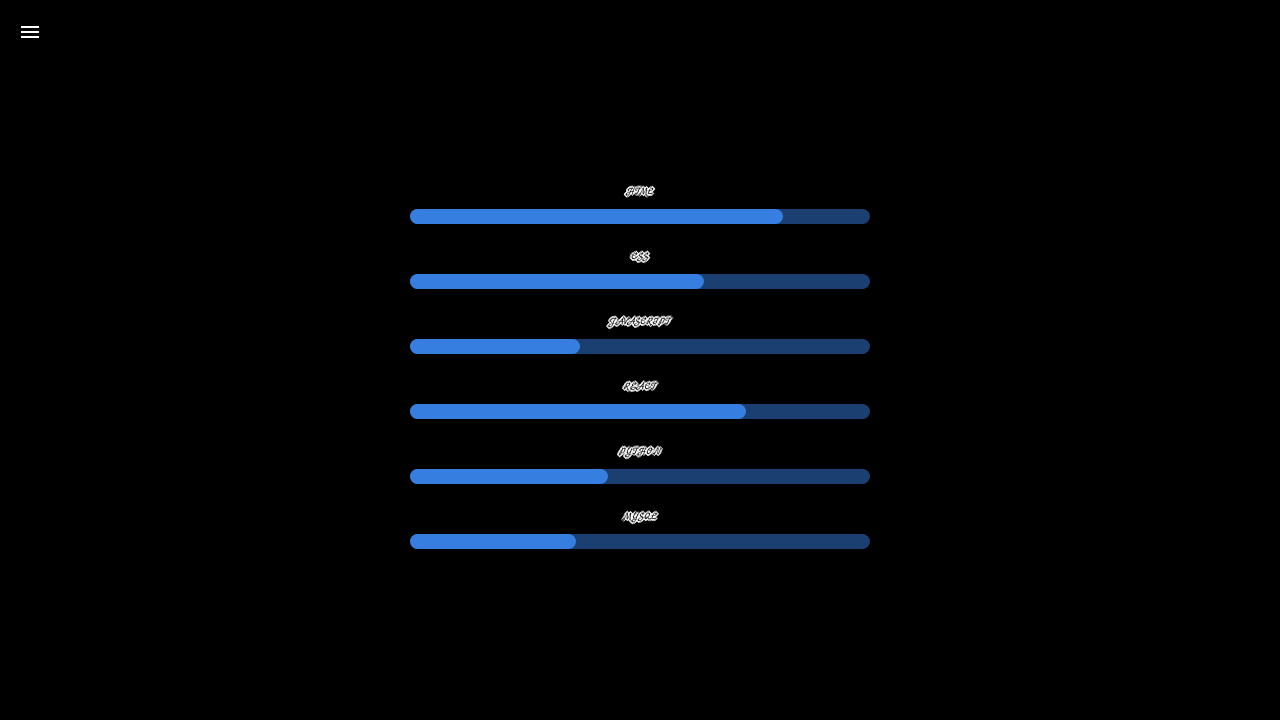
Repository: Ajtheult/portfolio.v3
Page: /skills
These files come from the project's save history. The page is drawn as it stood at one moment and after the next save; the edit follows.
The browser window is 1280 px wide. The pictures show the whole page.
Some web fonts or font styles are not loaded; a fallback is used. The project was rebuilt for these pictures with package versions that can differ from the ones it lists, and the page was loaded fresh each time. Also part of the build but not shown: src/components/layout/pages/Home.js, src/components/layout/pages/MyWork.js, src/components/layout/pages/Testimonials.js.

Above is the page before, as saved 2020-07-19 17:41:31.

### public/index.html
<!DOCTYPE html>
<html lang="en">
  <head>
    <meta charset="utf-8" />
    <link rel="icon" href="%PUBLIC_URL%/favicon.ico" />
    <meta name="viewport" content="width=device-width, initial-scale=1" />
    <meta name="theme-color" content="#000000" />
    <meta
      name="description"
      content="Web site created using create-react-app"
    />

    <link rel="manifest" href="%PUBLIC_URL%/manifest.json" />
    <link
      href="https://fonts.googleapis.com/css2?family=Marck+Script&display=swap"
      rel="stylesheet"
    />
    <link
      href="https://fonts.googleapis.com/css2?family=Gruppo&display=swap"
      rel="stylesheet"
    />
    <link rel="manifest" href="%PUBLIC_URL%/manifest.json" />

    <link
      rel="stylesheet"
      href="https://fonts.googleapis.com/icon?family=Material+Icons"
    />

    <link
      rel="stylesheet"
      href="https://use.fontawesome.com/releases/v5.7.2/css/all.css"
      integrity="sha384-fnmOCqbTlWIlj8LyTjo7mOUStjsKC4pOpQbqyi7RrhN7udi9RwhKkMHpvLbHG9Sr"
      crossorigin="anonymous"
    />
    <title>Portfolio.v3</title>
  </head>
  <body>
    <noscript>You need to enable JavaScript to run this app.</noscript>
    <div id="root"></div>
  </body>
</html>

### src/index.js
import React from "react";
import ReactDOM from "react-dom";
import App from "./App";
import "materialize-css/dist/css/materialize.min.css";

ReactDOM.render(
  <React.StrictMode>
    <App />
  </React.StrictMode>,
  document.getElementById("root")
);

### src/App.js
import React from "react";

import { Home } from "./components/layout/pages/Home";
import { Skills } from "./components/layout/pages/Skills";
import { MyWork } from "./components/layout/pages/MyWork";
import { Testimonials } from "./components/layout/pages/Testimonials";
import Navbar from "./components/layout/navbar/Navbar";

import { BrowserRouter as Router, Route, Switch } from "react-router-dom";
import "./App.css";

function App() {
  return (
    <Router>
      <div className="App">
        <Navbar />

        <Switch>
          <Route exact path="/portfolio-v3" component={Home} />
          <Route path="/skills" component={Skills} />
          <Route path="/mywork" component={MyWork} />
          <Route path="/testimonials" component={Testimonials} />
        </Switch>
      </div>
    </Router>
  );
}

export default App;

### src/components/layout/pages/Skills.js
import React from "react";
import "../../../App.css";
export const Skills = () => {
  return (
    <div class="containing_skills">
      <ul>
        <li className="html skills_li skills_text">HTML</li>
        <li className="css skills_li skills_text">CSS</li>
        <li className="js skills_li skills_text">JavaScript</li>
        <li className="react skills_li skills_text">React</li>
        <li className="py skills_li skills_text">Python</li>
        <li className="sql skills_li skills_text">mySQL</li>
      </ul>
    </div>
  );
};

### src/components/layout/navbar/Navbar.js
/* eslint-disable no-unused-vars */
import React, { Component } from "react";
import M from "materialize-css/dist/js/materialize.min.js";
import me from "./me.jpg";
import music from "./music.jpg";
import "../../../App.css";
import { Link } from "react-router-dom";

export class Navbar extends Component {
  componentDidMount() {
    document.addEventListener("DOMContentLoaded", function () {
      var elems = document.querySelectorAll(".sidenav");
      var instances = M.Sidenav.init(elems, {});
    });
  }

  render() {
    return (
      <div>
        <nav>
          <div className="nav-wrapper colour">
            <a
              href="#home"
              data-target="slide-out"
              className="sidenav-trigger show-on-large"
            >
              <i className="material-icons">menu</i>
            </a>
          </div>
        </nav>

        <ul id="slide-out" className="sidenav">
          <li>
            <div className="user-view">
              <div className="background">
                <img className="background_img" src={music} alt="img" />
              </div>

              <img className="circle" src={me} alt="img of me" />

              <span className="black-text name move_me">Asaph Franks</span>

              <span className="black-text email  move_me">
                Asaphfranksboi@gmail.com
              </span>
            </div>
            {/* Change font so that the name can be better read */}
          </li>
          <Link to="/portfolio-v3">
            <br />
            <li className="colour_of_nav">Home</li>
          </Link>{" "}
          <br />
          <Link to="/skills">
            <li className="colour_of_nav">Skills</li>
          </Link>
          <br />
          <Link to="/mywork">
            <li className="colour_of_nav">Work</li>
          </Link>
          <br />
          <Link to="/testimonials">
            <li className="colour_of_nav">Testimonials</li>
          </Link>
        </ul>
      </div>
    );
  }
}

export default Navbar;

### src/App.css
.App {
  text-align: center;
}

body {
  background-color: black;
  color: white;
}
.background_img {
  width: 100%;
  height: 100%;
}

.move_me {
  text-align: left;
}

.colour {
  background-color: black;
}

img.bg {
  /* Set rules to fill background */
  min-height: 100%;
  min-width: 1024px;

  /* Set up proportionate scaling */
  width: 100%;
  height: auto;

  /* Set up positioning */
  position: fixed;
  top: 0;
  left: 0;
  z-index: -1;
}

div.admin-bg {
  /* Set up positioning */
  position: fixed;
  top: 0;
  left: 0;
  z-index: -1;
  background-color: black;
}

@media screen and (max-width: 1024px) {
  /* Specific to this particular image */
  img.bg {
    left: 50%;
    margin-left: -512px; /* 50% */
  }
}

.intro_name_top {
  font-family: "Marck Script", cursive;
  font-size: 130px;
  color: black;
  text-shadow: 2px 0 0 #fff, -2px 0 0 #fff, 0 2px 0 #fff, 0 -2px 0 #fff,
    1px 1px #fff, -1px -1px 0 #fff, 1px -1px 0 #fff, -1px 1px 0 #fff;
}
.testimonial_title {
  font-family: "Marck Script", cursive;
  color: black;
  font-size: 80px;
  text-shadow: 2px 0 0 #fff, -2px 0 0 #fff, 0 2px 0 #fff, 0 -2px 0 #fff,
    1px 1px #fff, -1px -1px 0 #fff, 1px -1px 0 #fff, -1px 1px 0 #fff;
}

.intro_name_bottom {
  font-size: 60px;
  color: #000000;
  font-weight: bold;
  text-shadow: 2px 0 0 #fff, -2px 0 0 #fff, 0 2px 0 #fff, 0 -2px 0 #fff,
    1px 1px #fff, -1px -1px 0 #fff, 1px -1px 0 #fff, -1px 1px 0 #fff;
  font-family: "Gruppo", cursive;
}

.logos {
  text-align: left;
  font-size: 30px;
}

.contact-title {
  margin-top: -5px;
  font-family: "Marck Script", cursive;
  font-size: 90px;
  color: black;
  text-shadow: 2px 0 0 #fff, -2px 0 0 #fff, 0 2px 0 #fff, 0 -2px 0 #fff,
    1px 1px #fff, -1px -1px 0 #fff, 1px -1px 0 #fff, -1px 1px 0 #fff;
}

.about-title {
  margin-top: 1px;
  font-family: "Marck Script", cursive;
  font-size: 80px;
  color: black;
  text-shadow: 2px 0 0 #fff, -2px 0 0 #fff, 0 2px 0 #fff, 0 -2px 0 #fff,
    1px 1px #fff, -1px -1px 0 #fff, 1px -1px 0 #fff, -1px 1px 0 #fff;
}

.student_bio {
  margin-top: 2%;
  font-size: 23px;
}

.big_frontend {
  font-size: 40px;
  font-family: "Gruppo", cursive;
}

.move_the_name {
  margin-top: -12px;
  font-size: 20px;
  font-weight: bold;
}

.enlarge_paragraph {
  font-size: 22px;
  font-family: "Times New Roman", Times, serif;
}

.my_info {
  font-size: 30px;
  text-align: left;
  font-family: "Gruppo", cursive;
}

.my_info_2 {
  font-size: 20px;
  text-align: left;
  line-height: 8px;
  font-family: "Times New Roman", Times, serif;
}

.my_info_3 {
  font-size: 25px;
  text-align: left;
  line-height: 8px;
  font-family: "Times New Roman", Times, serif;
}

.black_text {
  color: black;
}

.passion_heading {
  text-align: center;
  font-family: "Marck Script", cursive;
  font-size: 45px;
}

.passion_content {
  font-family: "Gruppo", cursive;
  font-weight: bold;
  line-height: 25px;
}

.margin_on_top {
  margin-top: 1px;
  font-size: 20px;
  font-family: "Marck Script", cursive;
  font-weight: bold;
}

.my_work_desc {
  font-size: 20px;
  font-family: "Times New Roman", Times, serif;
}

.my_work_title {
  font-family: "Gruppo", cursive;
  color: black;
  font-size: 30px;
  text-shadow: 2px 0 0 rgb(0, 0, 0), -2px 0 0 rgb(0, 0, 0), 0 2px 0 #fff,
    0 -2px 0 #fff, 1px 1px #fff, -1px -1px 0 #fff, 1px -1px 0 #fff,
    -1px 1px 0 #fff;
}

.link-size {
  font-size: 40px;
  margin-top: -40px;
  padding: 1%;
  text-align: left;
  margin-left: 60px;
  font-family: "Gruppo", cursive;
  color: blue;
}

.button_margin {
  margin-top: 5px;
}

.work_title {
  font-family: "Marck Script", cursive;
  color: black;
  font-size: 50px;
  text-shadow: 2px 0 0 #fff, -2px 0 0 #fff, 0 2px 0 #fff, 0 -2px 0 #fff,
    1px 1px #fff, -1px -1px 0 #fff, 1px -1px 0 #fff, -1px 1px 0 #fff;
}

.colour_of_nav {
  color: black;
  margin-top: -30px;
}

.style_for_landingpage {
  margin-left: 15.5%;
  margin-top: 6%;
  position: absolute;
  padding: 50px;
  width: 70%;
  transform: "translate(-50%, -50%)";
}

.containing_skills {
  width: 500px;
  margin: 50px auto 0;
  padding: 20px;
}

.skills_li {
  position: relative;
  list-style: none;
  margin: 50px 0;
  font-weight: 500;
  text-transform: uppercase;
}

.skills_li:before {
  content: "";
  position: absolute;
  top: calc(100% + 10px);
  left: 0;
  width: 100%;
  height: 15px;
  background-color: rgba(54, 126, 223, 0.5);
  border-radius: 1000px;
}

.skills_li:after {
  content: "";
  position: absolute;
  top: calc(100% + 10px);
  left: 0;
  width: 0;
  height: 15px;
  background-color: rgba(54, 126, 223, 1);
  border-radius: 1000px;
  animation-duration: 0.7s;
  animation-timing-function: ease;
  animation-fill-mode: forwards;
}

.html:after {
  animation-name: html;
}

@keyframes html {
  to {
    width: 81%;
  }
}

.css:after {
  animation-name: css;
}

@keyframes css {
  to {
    width: 64%;
  }
}

.js:after {
  animation-name: js;
}

@keyframes js {
  to {
    width: 37%;
  }
}

.py:after {
  animation-name: py;
}

@keyframes py {
  to {
    width: 43%;
  }
}

.sql:after {
  animation-name: sql;
}

@keyframes sql {
  to {
    width: 36%;
  }
}

.react:after {
  animation-name: react;
}

@keyframes react {
  to {
    width: 73%;
  }
}

.skills_text {
  font-family: "Marck Script", cursive;
  color: black;
  font-size: 10px;
  text-shadow: 2px 0 0 #fff, -2px 0 0 #fff, 0 2px 0 #fff, 0 -2px 0 #fff,
    1px 1px #fff, -1px -1px 0 #fff, 1px -1px 0 #fff, -1px 1px 0 #fff;
}

After the next save:
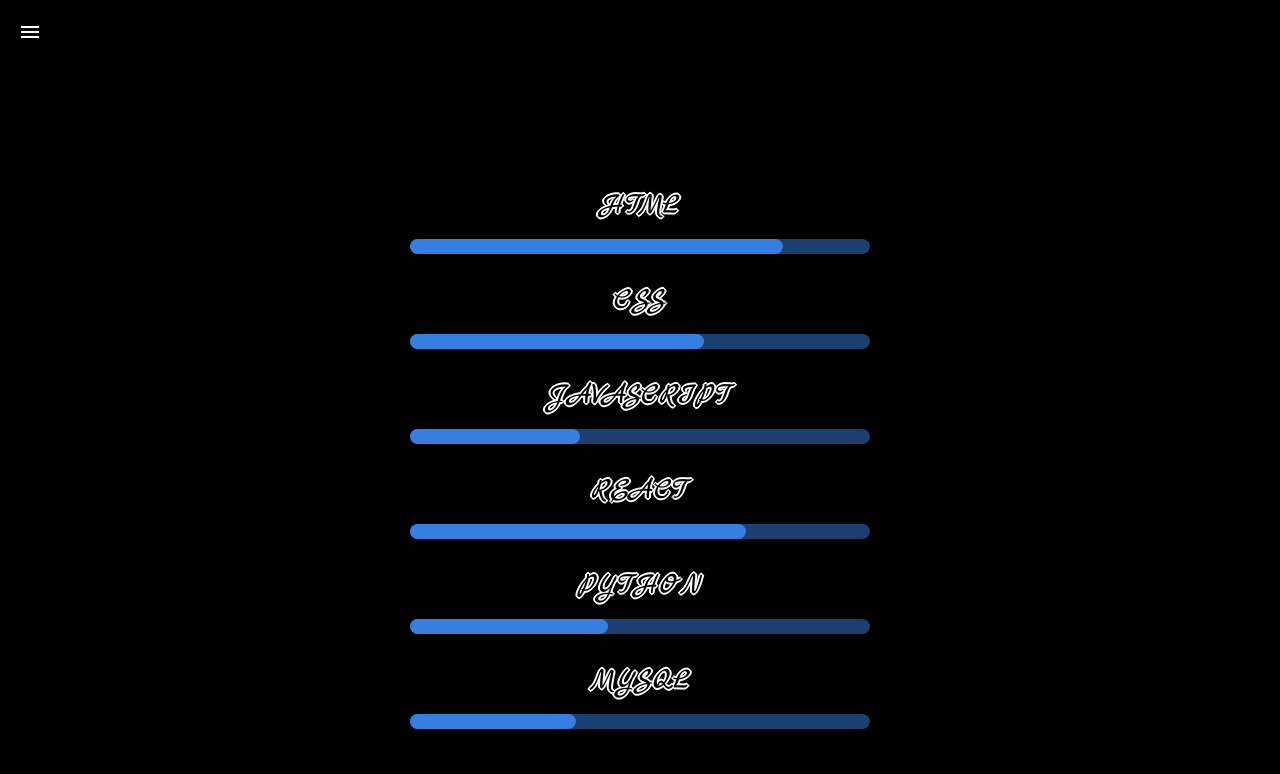
Saved 5 s later.
--- a/src/App.css
+++ b/src/App.css
@@ -315,7 +315,7 @@
 .skills_text {
   font-family: "Marck Script", cursive;
   color: black;
-  font-size: 10px;
-  text-shadow: 2px 0 0 #fff, -2px 0 0 #fff, 0 2px 0 #fff, 0 -2px 0 #fff,
-    1px 1px #fff, -1px -1px 0 #fff, 1px -1px 0 #fff, -1px 1px 0 #fff;
-}
+  font-size: 30px;
+  text-shadow: 2px 0 0 #fff, -2px 0 0 #fff, 0 2px 0 #fff, 0 -2px 0 #fff,
+    1px 1px #fff, -1px -1px 0 #fff, 1px -1px 0 #fff, -1px 1px 0 #fff;
+}
